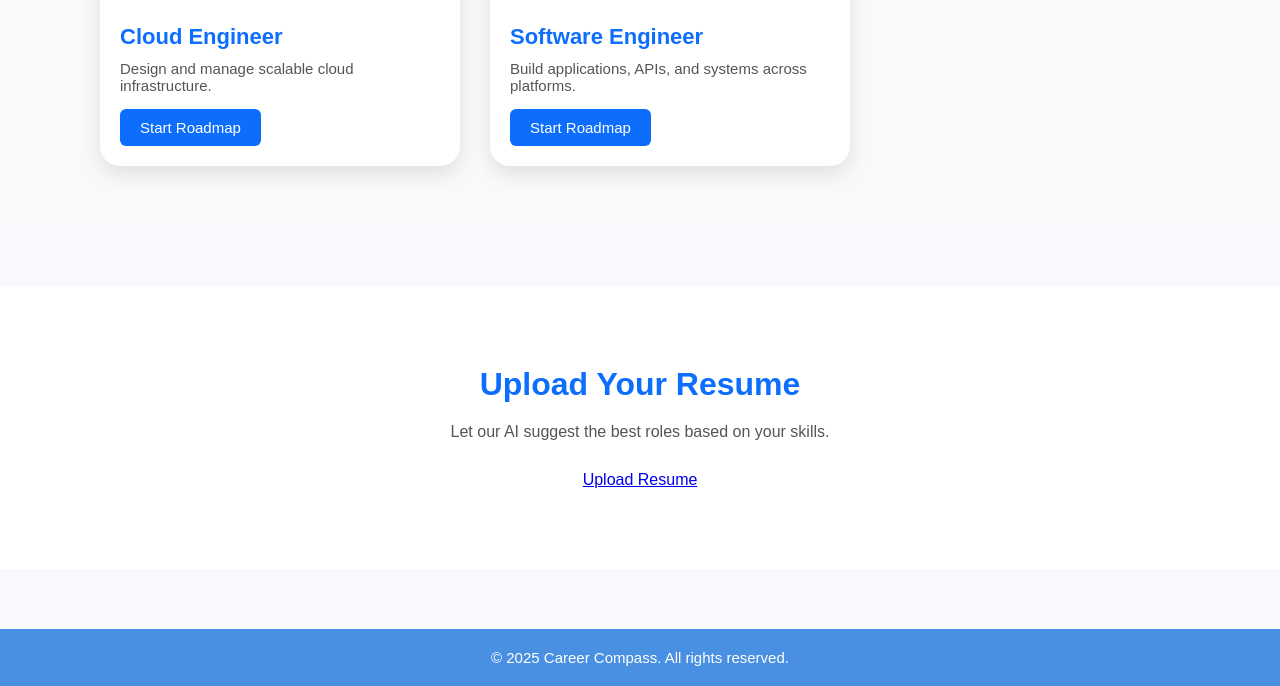
Repository: AI-Devsara01/Career-Compass
Page: templates/home.html
The author's editor kept a copy of each file at every save. The page is drawn from the files as they stood at one save, then again after the next save.
The browser window is 1280 px wide. The pictures show the part of the page from y = 1150 to 1836 px (the page is 1836 px tall before and 1633 px after).
The template is drawn by Flask 3. The application's start-up code is not run. The template is opened directly, without the code that normally fills it, so the values that code supplies are empty.

Above is the page before, as saved 2025-04-20 14:36:46.

After the next save:
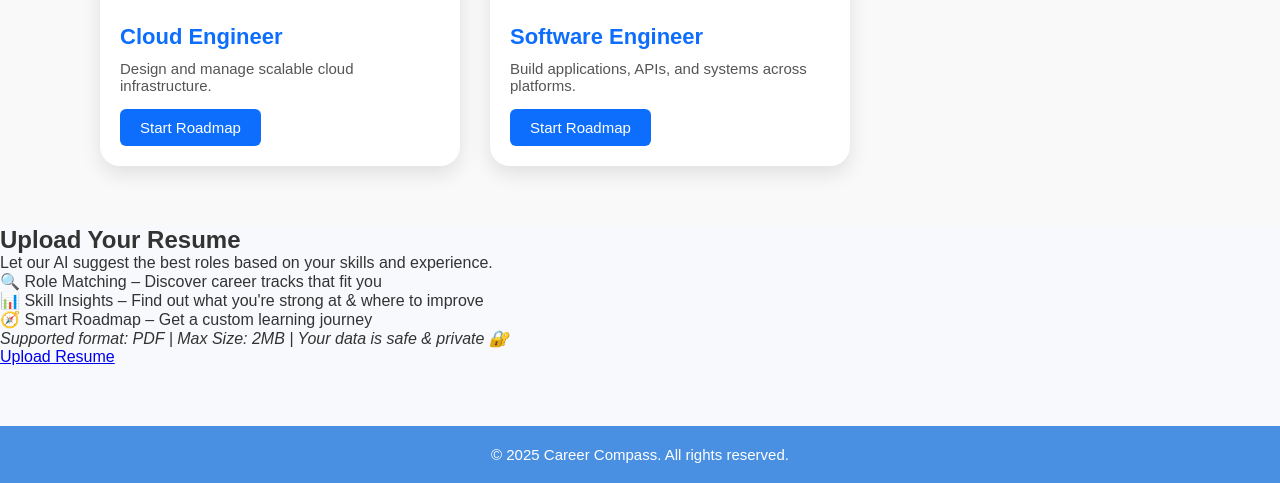
Saved 10 s later.
--- a/templates/home.html
+++ b/templates/home.html
@@ -337,12 +337,18 @@
   </div>
 
   <!-- Feature Section -->
-  <div class="feature-section">
-    <h2>Upload Your Resume</h2>
-    <p>Let our AI suggest the best roles based on your skills.</p>
-    <a href="/resume">Upload Resume</a>
-
-  </div>
+  <h2>Upload Your Resume</h2>
+<p>Let our AI suggest the best roles based on your skills and experience.</p>
+
+<ul>
+  <li>🔍 Role Matching – Discover career tracks that fit you</li>
+  <li>📊 Skill Insights – Find out what you're strong at & where to improve</li>
+  <li>🧭 Smart Roadmap – Get a custom learning journey</li>
+</ul>
+
+<p><i>Supported format: PDF | Max Size: 2MB | Your data is safe & private 🔐</i></p>
+<a href="#">Upload Resume</a>
+
 
   <!-- Footer -->
   <div class="footer">

After the 4 saves that followed:
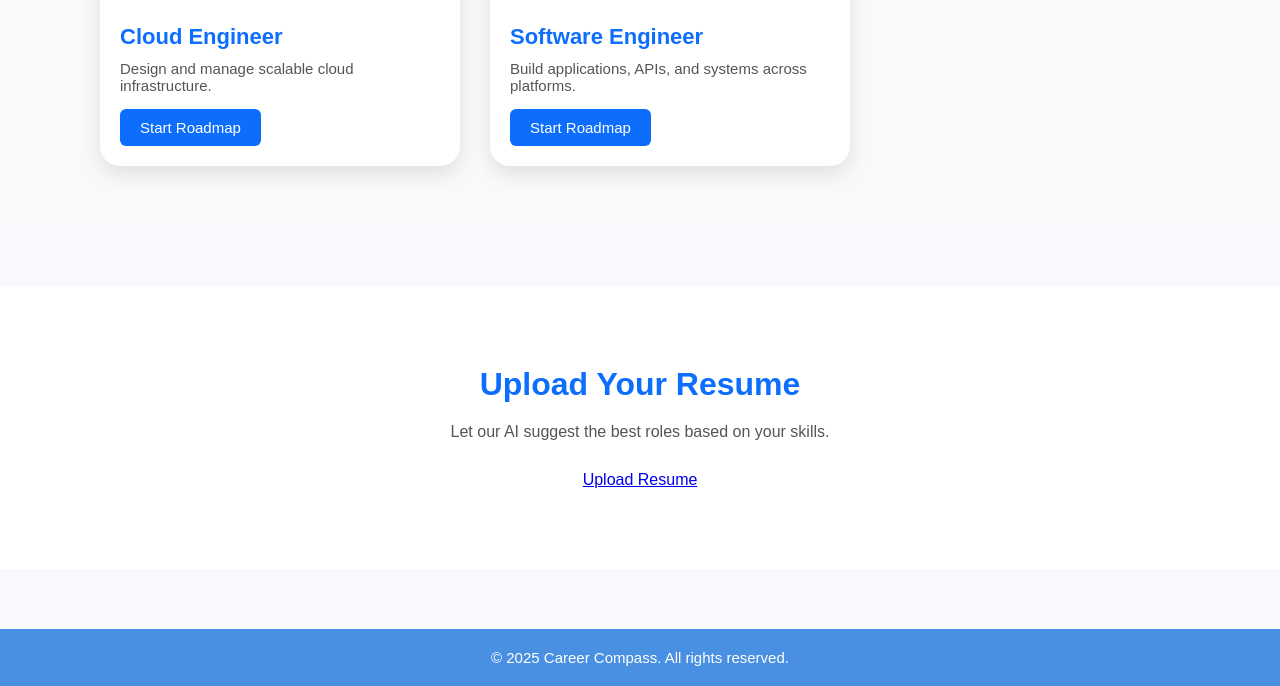
The 4 saves are shown as one change because 1 left the picture as it was and some came seconds apart.
The last was saved 42 s later.
--- a/templates/home.html
+++ b/templates/home.html
@@ -337,18 +337,12 @@
   </div>
 
   <!-- Feature Section -->
-  <h2>Upload Your Resume</h2>
-<p>Let our AI suggest the best roles based on your skills and experience.</p>
-
-<ul>
-  <li>🔍 Role Matching – Discover career tracks that fit you</li>
-  <li>📊 Skill Insights – Find out what you're strong at & where to improve</li>
-  <li>🧭 Smart Roadmap – Get a custom learning journey</li>
-</ul>
-
-<p><i>Supported format: PDF | Max Size: 2MB | Your data is safe & private 🔐</i></p>
-<a href="#">Upload Resume</a>
-
+  <div class="feature-section">
+    <h2>Upload Your Resume</h2>
+    <p>Let our AI suggest the best roles based on your skills.</p>
+    <a href="/resume">Upload Resume</a>
+
+  </div>
 
   <!-- Footer -->
   <div class="footer">
